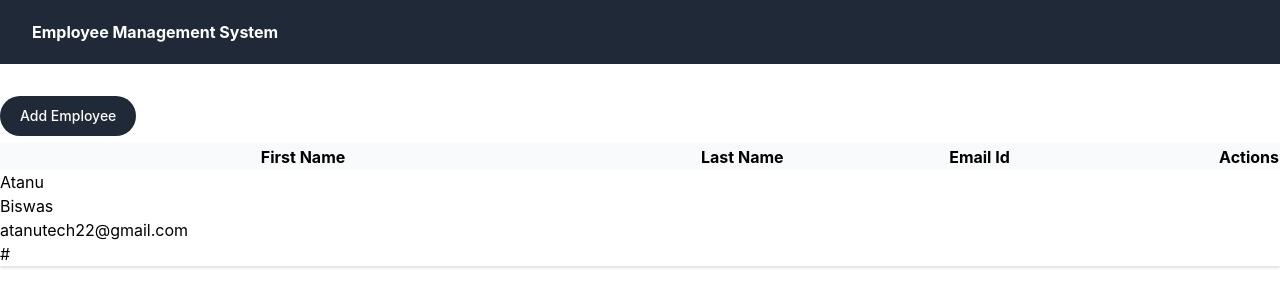
Repository: Atanu484/Full-Stack-Employee-Management-System
Page: / (app in employee-system-frontend/)
These files come from the project's save history. The page is drawn as it stood at one moment and after the next save; the edit follows.
The browser window is 1280 px wide. The pictures show the whole page.
The project was rebuilt for these pictures with package versions that can differ from the ones it lists, and the page was loaded fresh each time. Also part of the build but not shown: employee-system-frontend/src/App.css, employee-system-frontend/src/services/EmployeeService.js, employee-system-frontend/src/components/AddEmployee.js.

Above is the page before, as saved 2022-08-15 04:52:33.

After the next save:
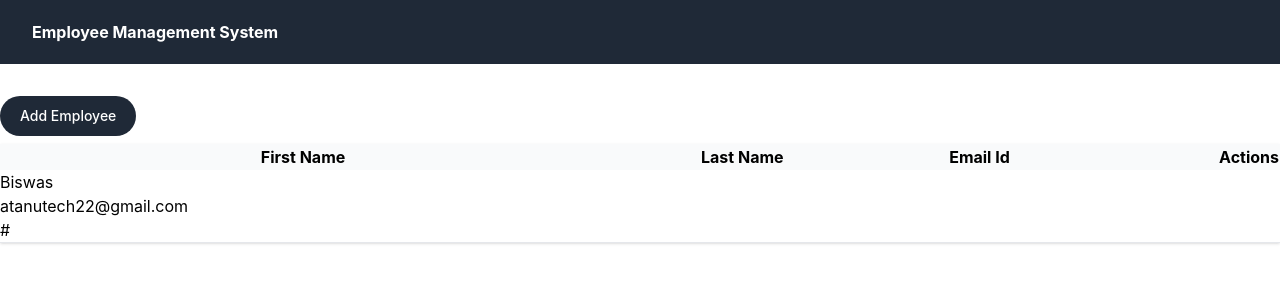
Saved 52 s later.
--- a/employee-system-frontend/src/components/EmployeeList.js
+++ b/employee-system-frontend/src/components/EmployeeList.js
@@ -17,7 +17,7 @@ const EmployeeList = () => {
                         </tr>
                     </thead>
                     <tbody>
-                        <tr className='text left px-6 py-4 whitespace-nowrap'>Atanu</tr>
+                        <tr className='text left px-6 py-4 whitespace-nowrap'></tr>
                         <tr>Biswas</tr>
                         <tr>atanutech22@gmail.com</tr>
                         <tr>#</tr>
